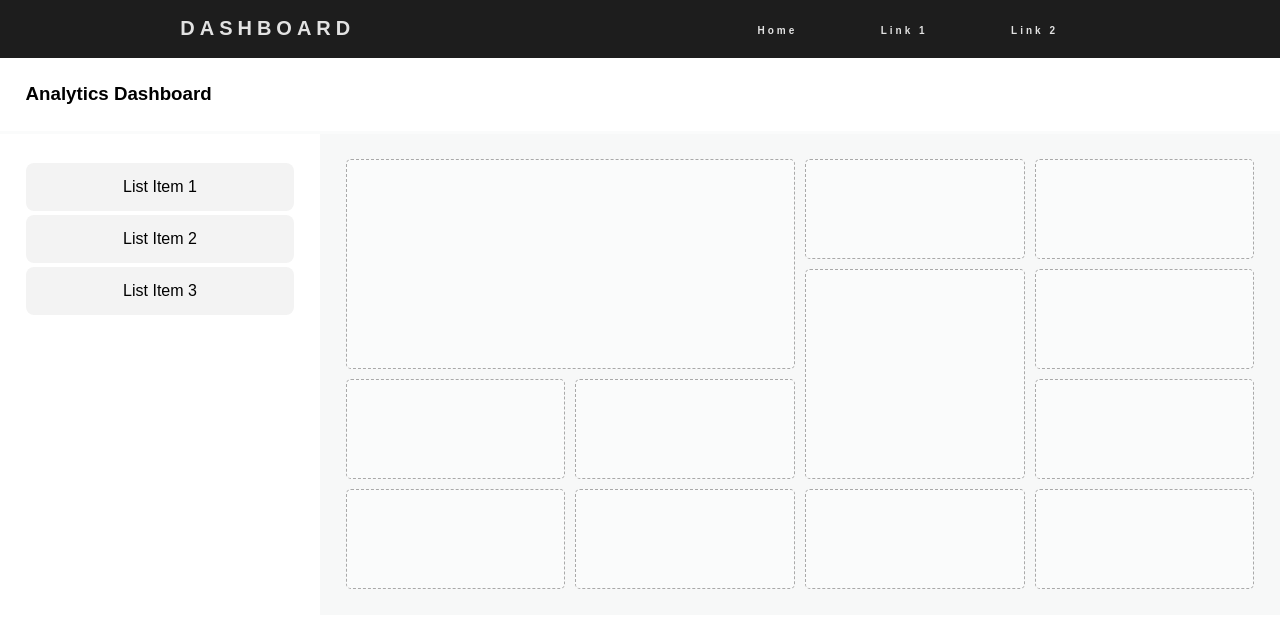
Repository: nourabdelhakam/drag-drop
Page: index.html
The author's editor kept a copy of each file at every save. The page is drawn from the files as they stood at one save, then again after the next save.
The browser window is 1280 px wide. The pictures show the whole page.

Above is the page before, as saved 2020-07-03 11:39:46.

After the next save:
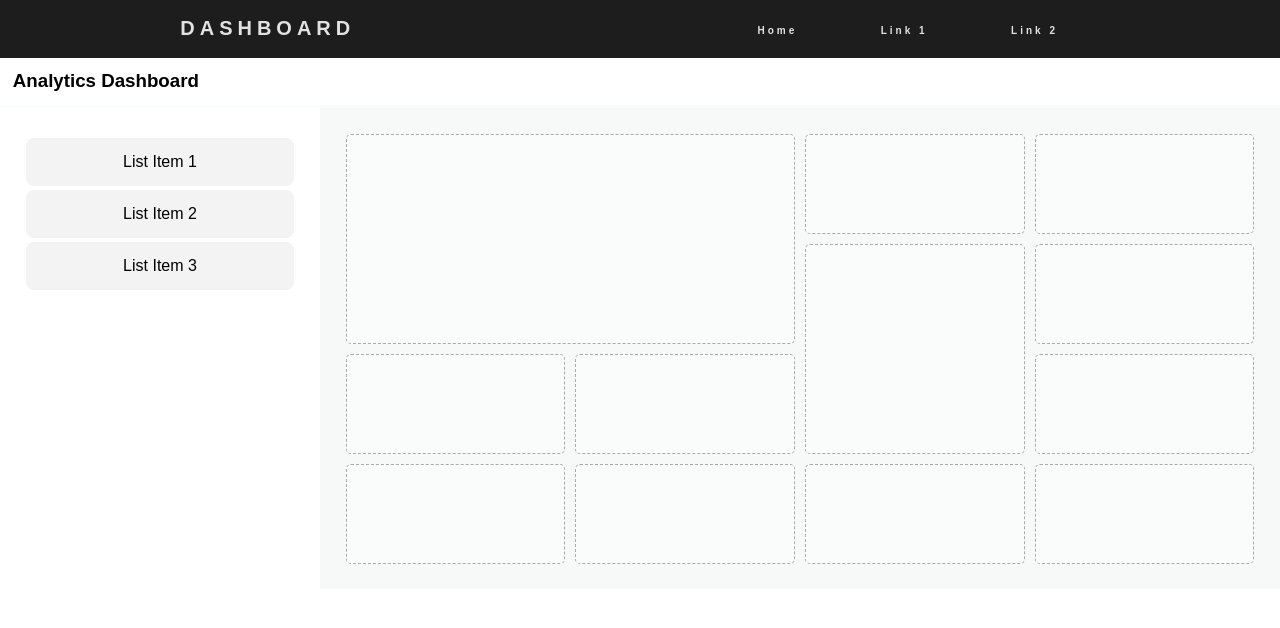
Saved 12 s later.
--- a/css/main.css
+++ b/css/main.css
@@ -7,7 +7,7 @@
     font-family: Arial, Helvetica, sans-serif;
 }
 h3 {
-    padding: 2%;
+    padding: 1%;
 }
 .container {
     border-top: 3px solid #FAFBFB;

After the 3 saves that followed:
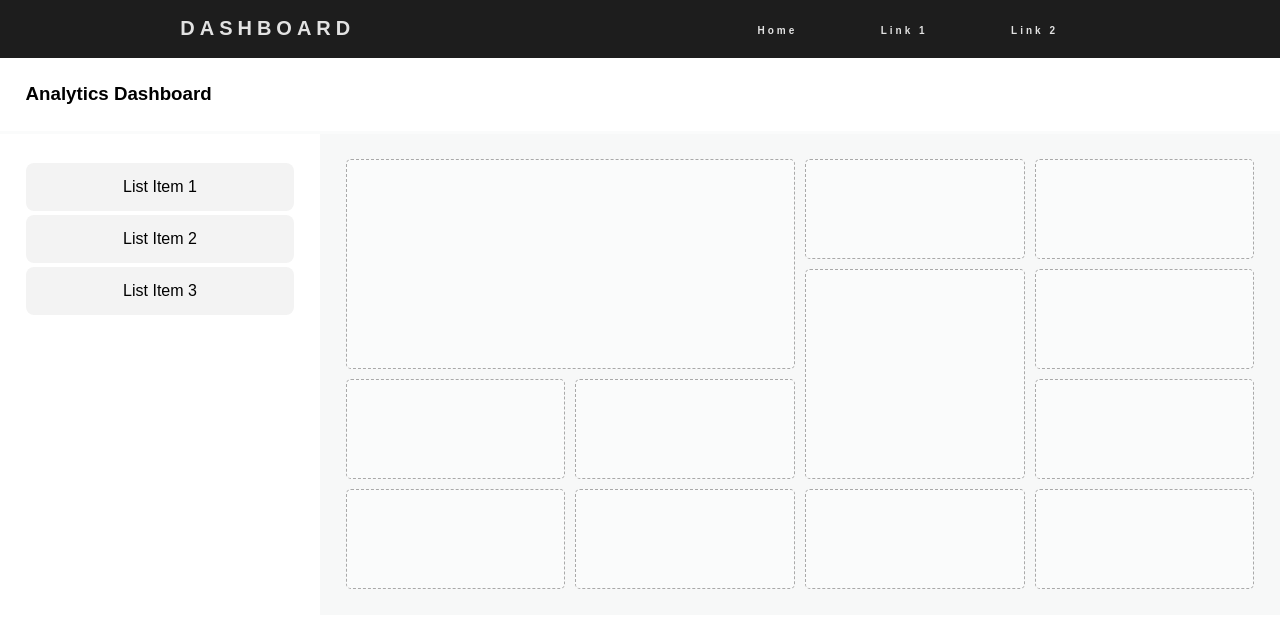
The 3 saves are shown as one change because 2 left the picture as it was.
The last was saved 74 s later.
--- a/css/main.css
+++ b/css/main.css
@@ -7,7 +7,7 @@
     font-family: Arial, Helvetica, sans-serif;
 }
 h3 {
-    padding: 1%;
+    padding: 2%;
 }
 .container {
     border-top: 3px solid #FAFBFB;
